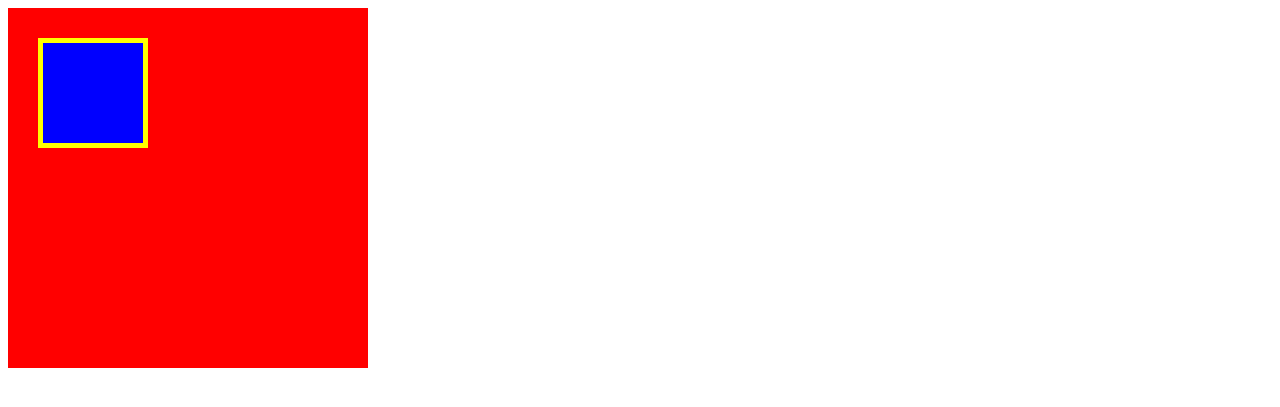
Repository: papisi-zu/book1
Page: box/box.html
The author's editor kept a record of every edit. The page is drawn from the files as they stood at one moment, then again after the next edit.
The browser window is 1280 px wide. The pictures show the whole page.

Above is the page before.

After the next edit:
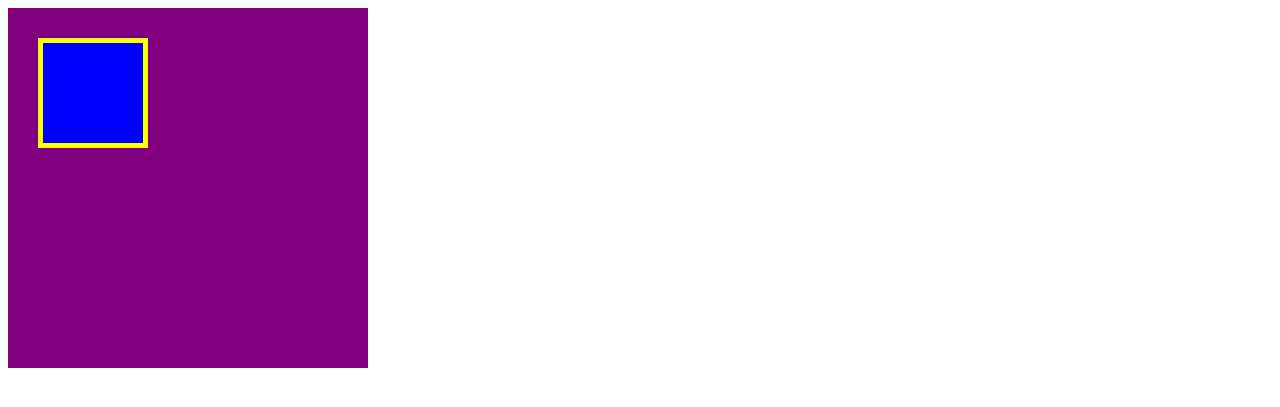
The edit:
--- a/box/box.css
+++ b/box/box.css
@@ -1,7 +1,7 @@
 .box1 {
   width: 300px;
   height: 300px;
-  background-color:red;
+  background-color:#800080;
   margin; 30px;
   padding: 30px;
 }
